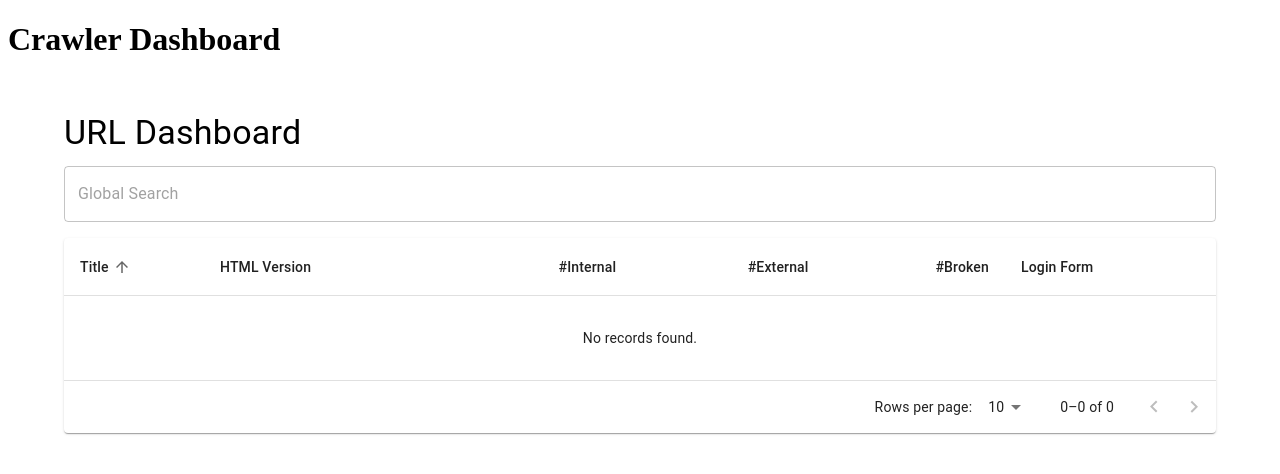
Repository: asliayk/web-crawler-dashboard
Page: /dashboard (app in frontend/)
The author's editor kept a copy of each file at every save. The page is drawn from the files as they stood at one save, then again after the next save.
The browser window is 1280 px wide. The pictures show the whole page.
The page's requests for data from a server got no answer. The project was rebuilt for these pictures with package versions that can differ from the ones it lists, and the page was loaded fresh each time. No one was signed in, and anything a server would have sent is missing. Also part of the build but not shown: frontend/vite.config.ts, frontend/src/pages/UrlManagementPage.tsx, frontend/src/pages/DetailPage.tsx.

Above is the page before, as saved 2025-07-17 01:53:10.

### frontend/index.html
<!DOCTYPE html>
<html lang="en">
  <head>
    <meta charset="UTF-8" />
    <meta name="viewport" content="width=device-width, initial-scale=1.0" />
    <title>Crawler Dashboard</title>
  </head>
  <body>
    <div id="root"></div>
    <script type="module" src="/src/index.tsx"></script>
  </body>
</html>

### frontend/src/index.tsx
import React from 'react'
import ReactDOM from 'react-dom/client'
import App from './App'
import axios from 'axios'

// BACKEND DIRECT (no proxy)
axios.defaults.baseURL = 'http://localhost:8080/api'

ReactDOM.createRoot(document.getElementById('root')!).render(<App />)

### frontend/src/App.tsx
import React from 'react'
import { BrowserRouter as Router, Routes, Route, Navigate } from 'react-router-dom'
import UrlManagementPage from './pages/UrlManagementPage'
import DashboardPage from './pages/DashboardPage'
import DetailPage from './pages/DetailPage'

export default function App() {
  return (
    <Router>
      <div className="min-h-screen bg-gray-50">
        <header className="bg-white shadow p-4">
          <h1 className="text-xl font-bold">Crawler Dashboard</h1>
        </header>
        <main className="p-4">
          <Routes>
            <Route path="/" element={<Navigate to="/urls" />} />
            <Route path="/urls" element={<UrlManagementPage />} />
            <Route path="/dashboard" element={<DashboardPage />} />
            <Route path="/urls/:id" element={<DetailPage />} />
          </Routes>
        </main>
      </div>
    </Router>
  )
}

### frontend/src/pages/DashboardPage.tsx
import React, { useEffect, useState, useMemo } from 'react'
import axios from 'axios'
import {
  Container,
  Box,
  TextField,
  Paper,
  TableContainer,
  Table,
  TableHead,
  TableRow,
  TableCell,
  TableBody,
  TableSortLabel,
  TablePagination,
  Typography,
  CircularProgress,
} from '@mui/material'

interface UrlSummary {
  id: number
  title: string
  html_version: string
  internal_links: number
  external_links: number
  broken_links: number
  has_login_form: boolean
}

type Order = 'asc' | 'desc'

const columns: {
  id: keyof UrlSummary
  label: string
  numeric: boolean
}[] = [
  { id: 'title', label: 'Title', numeric: false },
  { id: 'html_version', label: 'HTML Version', numeric: false },
  { id: 'internal_links', label: '#Internal', numeric: true },
  { id: 'external_links', label: '#External', numeric: true },
  { id: 'broken_links', label: '#Broken', numeric: true },
  { id: 'has_login_form', label: 'Login Form', numeric: false },
]

export default function DashboardPage() {
  const [data, setData] = useState<UrlSummary[]>([])
  const [search, setSearch] = useState('')
  const [order, setOrder] = useState<Order>('asc')
  const [orderBy, setOrderBy] = useState<keyof UrlSummary>('title')
  const [page, setPage] = useState(0)
  const [rowsPerPage, setRowsPerPage] = useState(10)
  const [loading, setLoading] = useState(false)

  useEffect(() => {
    fetchData()
  }, [])

  async function fetchData() {
    setLoading(true)
    try {
     const res = await axios.get<{ urls: UrlSummary[] }>('/urls')
     console.log('⟵ API /urls response:', res.status, res.data)
     // guard against null or undefined
     setData(res.data.urls ?? [])
    } catch (err: any) {
     console.error('Error fetching /urls:', err.response?.status, err.response?.data || err.message)
     // optionally show an alert so you see it immediately
     alert('Failed to load data: ' + (err.response?.data?.error || err.message))
    } finally {
     setLoading(false)
    }
  }

  const handleRequestSort = (property: keyof UrlSummary) => {
    const isAsc = orderBy === property && order === 'asc'
    setOrder(isAsc ? 'desc' : 'asc')
    setOrderBy(property)
  }

  const handleChangePage = (_: unknown, newPage: number) => {
    setPage(newPage)
  }

  const handleChangeRowsPerPage = (
    e: React.ChangeEvent<HTMLInputElement | HTMLTextAreaElement>
  ) => {
    setRowsPerPage(parseInt(e.target.value, 10))
    setPage(0)
  }

  // 1) Filtrele
  const filtered = useMemo(
    () =>
      data.filter((row) =>
        row.title.toLowerCase().includes(search.toLowerCase())
      ),
    [data, search]
  )

  // 2) Sırala
  const sorted = useMemo(() => {
    return [...filtered].sort((a, b) => {
      const aVal = a[orderBy]
      const bVal = b[orderBy]
      let cmp = 0
      if (typeof aVal === 'number' && typeof bVal === 'number') {
        cmp = aVal - bVal
      } else {
        cmp = String(aVal).localeCompare(String(bVal))
      }
      return order === 'asc' ? cmp : -cmp
    })
  }, [filtered, order, orderBy])

  // 3) Sayfala
  const paginated = useMemo(
    () =>
      sorted.slice(page * rowsPerPage, page * rowsPerPage + rowsPerPage),
    [sorted, page, rowsPerPage]
  )

  return (
    <Container maxWidth="lg" sx={{ py: 4 }}>
      <Typography variant="h4" gutterBottom>
        URL Dashboard
      </Typography>

      <Box mb={2}>
        <TextField
          fullWidth
          placeholder="Global Search"
          value={search}
          onChange={(e) => setSearch(e.target.value)}
        />
      </Box>

      <Paper>
        {loading ? (
          <Box
            sx={{
              p: 4,
              display: 'flex',
              justifyContent: 'center',
            }}
          >
            <CircularProgress />
          </Box>
        ) : (
          <>
            <TableContainer>
              <Table>
                <TableHead>
                  <TableRow>
                    {columns.map((col) => (
                      <TableCell
                        key={col.id}
                        align={col.numeric ? 'right' : 'left'}
                        sortDirection={orderBy === col.id ? order : false}
                      >
                        <TableSortLabel
                          active={orderBy === col.id}
                          direction={orderBy === col.id ? order : 'asc'}
                          onClick={() => handleRequestSort(col.id)}
                        >
                          {col.label}
                        </TableSortLabel>
                      </TableCell>
                    ))}
                  </TableRow>
                </TableHead>
                <TableBody>
                  {paginated.map((row) => (
                    <TableRow hover key={row.id}>
                      <TableCell>{row.title}</TableCell>
                      <TableCell>{row.html_version}</TableCell>
                      <TableCell align="right">
                        {row.internal_links}
                      </TableCell>
                      <TableCell align="right">
                        {row.external_links}
                      </TableCell>
                      <TableCell align="right">{row.broken_links}</TableCell>
                      <TableCell>
                        {row.has_login_form ? 'Yes' : 'No'}
                      </TableCell>
                    </TableRow>
                  ))}
                  {paginated.length === 0 && (
                    <TableRow>
                      <TableCell
                        colSpan={columns.length}
                        align="center"
                        sx={{ py: 4 }}
                      >
                        No records found.
                      </TableCell>
                    </TableRow>
                  )}
                </TableBody>
              </Table>
            </TableContainer>

            <TablePagination
              component="div"
              count={sorted.length}
              page={page}
              onPageChange={handleChangePage}
              rowsPerPage={rowsPerPage}
              onRowsPerPageChange={handleChangeRowsPerPage}
              rowsPerPageOptions={[5, 10, 25]}
            />
          </>
        )}
      </Paper>
    </Container>
  )
}

After the next save:
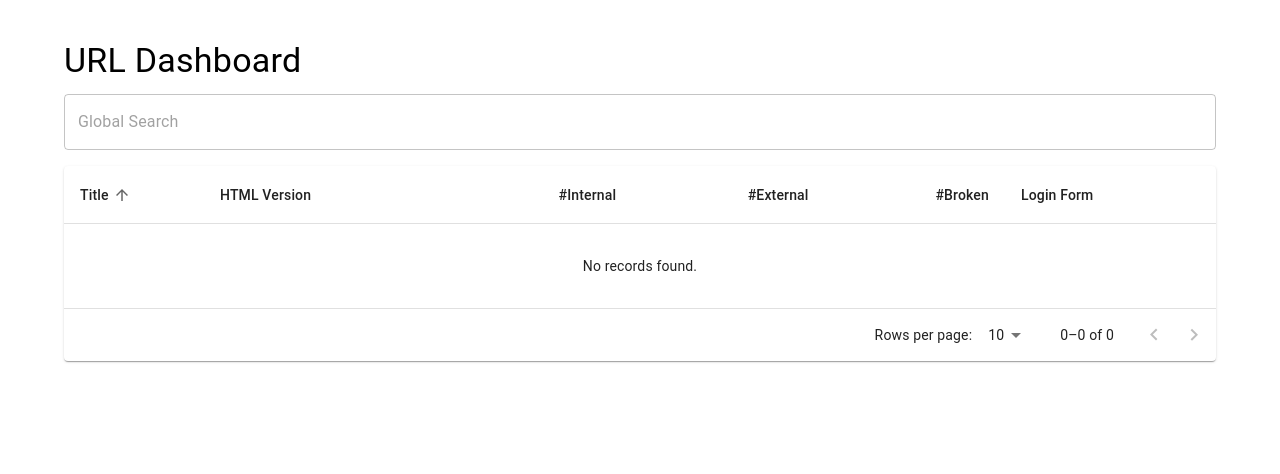
Saved 8 min 20 s later.
--- a/frontend/src/App.tsx
+++ b/frontend/src/App.tsx
@@ -8,9 +8,6 @@ export default function App() {
   return (
     <Router>
       <div className="min-h-screen bg-gray-50">
-        <header className="bg-white shadow p-4">
-          <h1 className="text-xl font-bold">Crawler Dashboard</h1>
-        </header>
         <main className="p-4">
           <Routes>
             <Route path="/" element={<Navigate to="/urls" />} />
